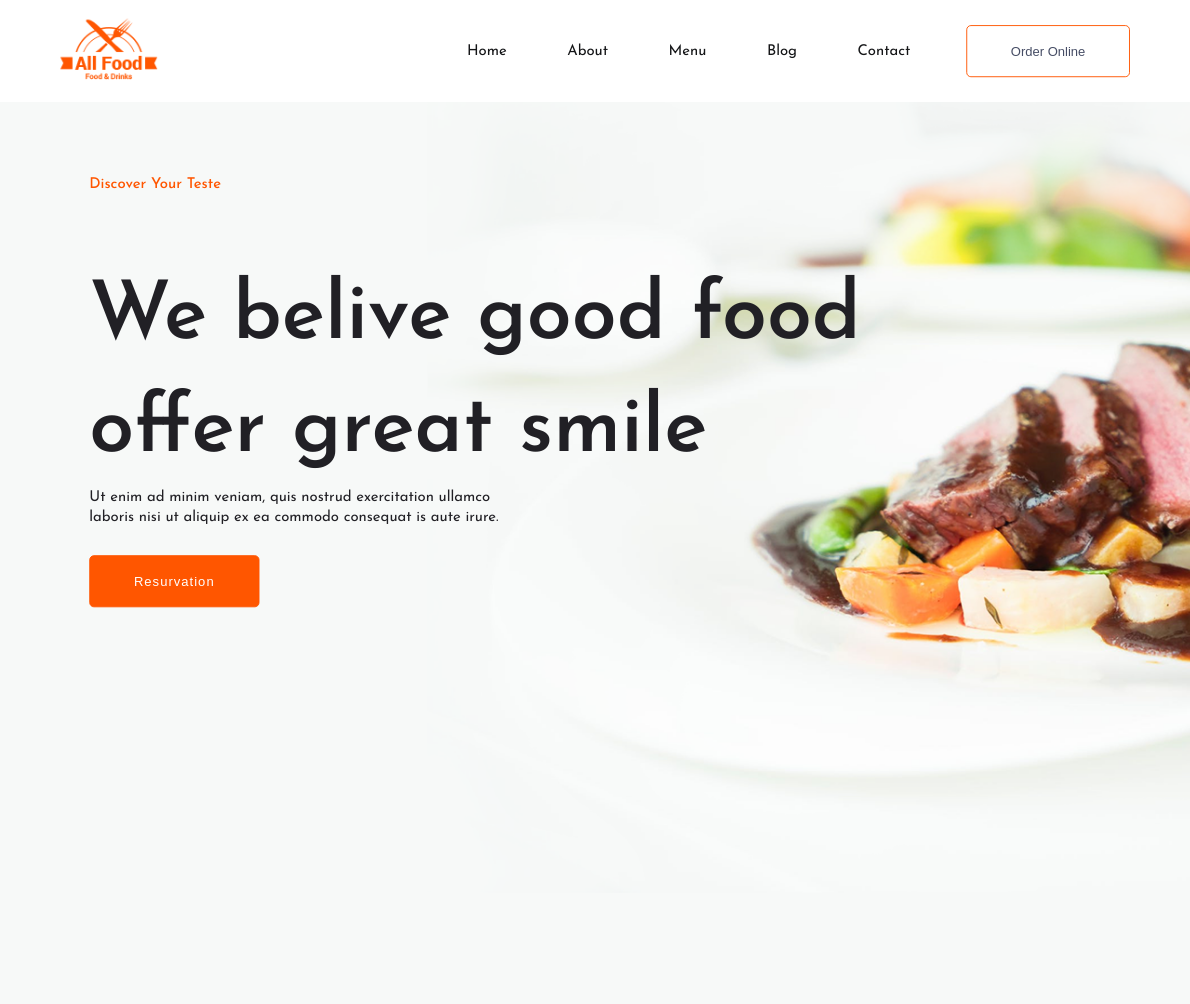
Repository: Ebtehal18/food
Page: index.html
The author's editor kept a copy of each file at every save. The page is drawn from the files as they stood at one save, then again after the next save.
The browser window is 1280 px wide. The pictures show the whole page, at 93% of full size.

Above is the page before, as saved 2024-01-17 13:15:35.

After the next save:
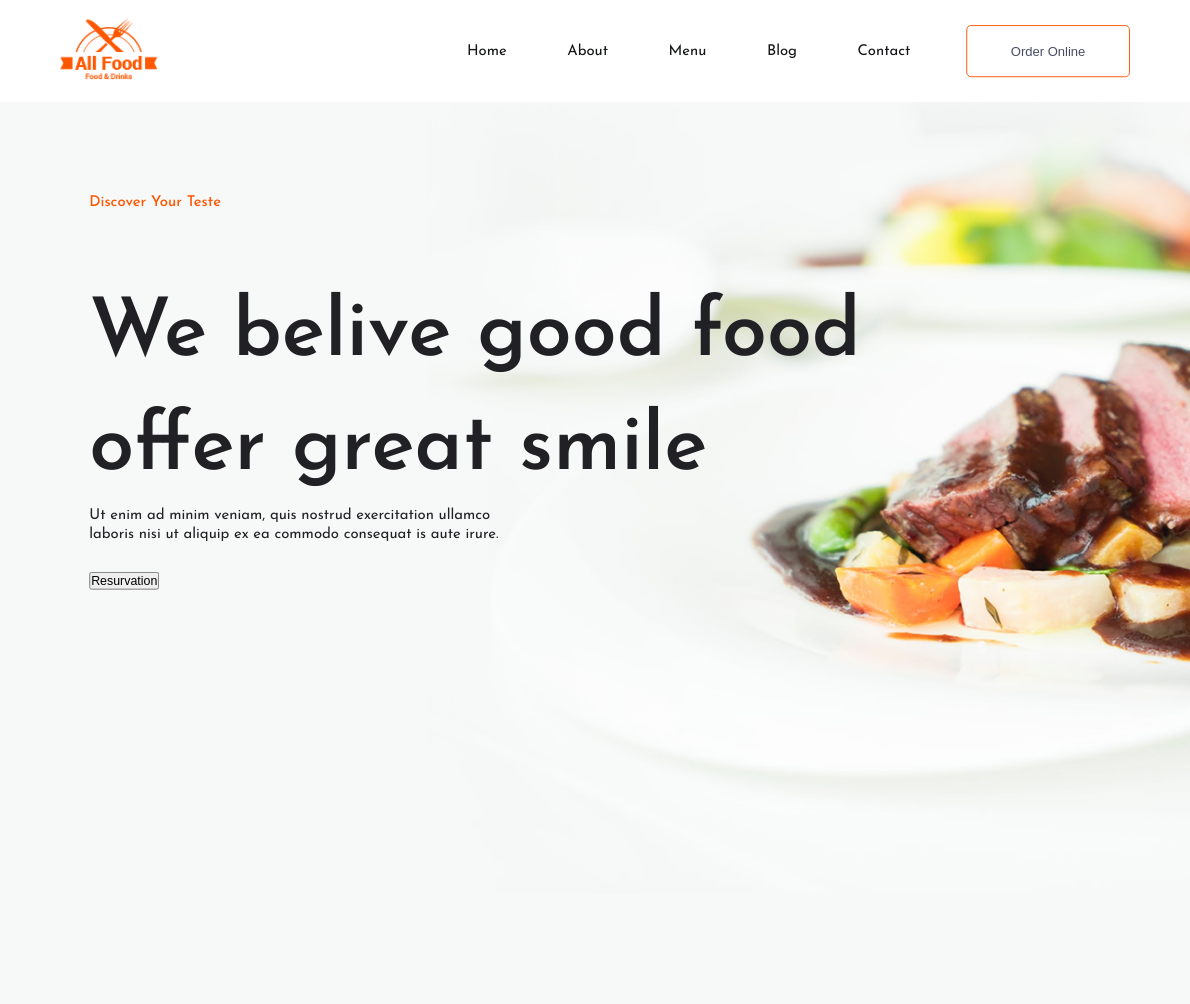
Saved 11 s later.
--- a/asessets/css/style.css
+++ b/asessets/css/style.css
@@ -33,8 +33,6 @@
     flex-flow: column wrap;
   }
 } */
-
-
 
 /*
 =====================================================
@@ -183,7 +181,7 @@
   color: #212025;
   font-size: 16px;
 }
-.hero .hero-content button {
+.hero .hero-content btn-hero {
   letter-spacing: 1.1px;
   position: relative;
   z-index: 1;
@@ -206,7 +204,7 @@
   -ms-transition: all 0.4s ease-in;
   -o-transition: all 0.4s ease-in;
 }
-.hero .hero-content but-::before {
+.hero .hero-content brn-hero::before {
   z-index: -1;
   content: "";
   background-color: rgba(0, 0, 0, 0.6);

After the save that followed:
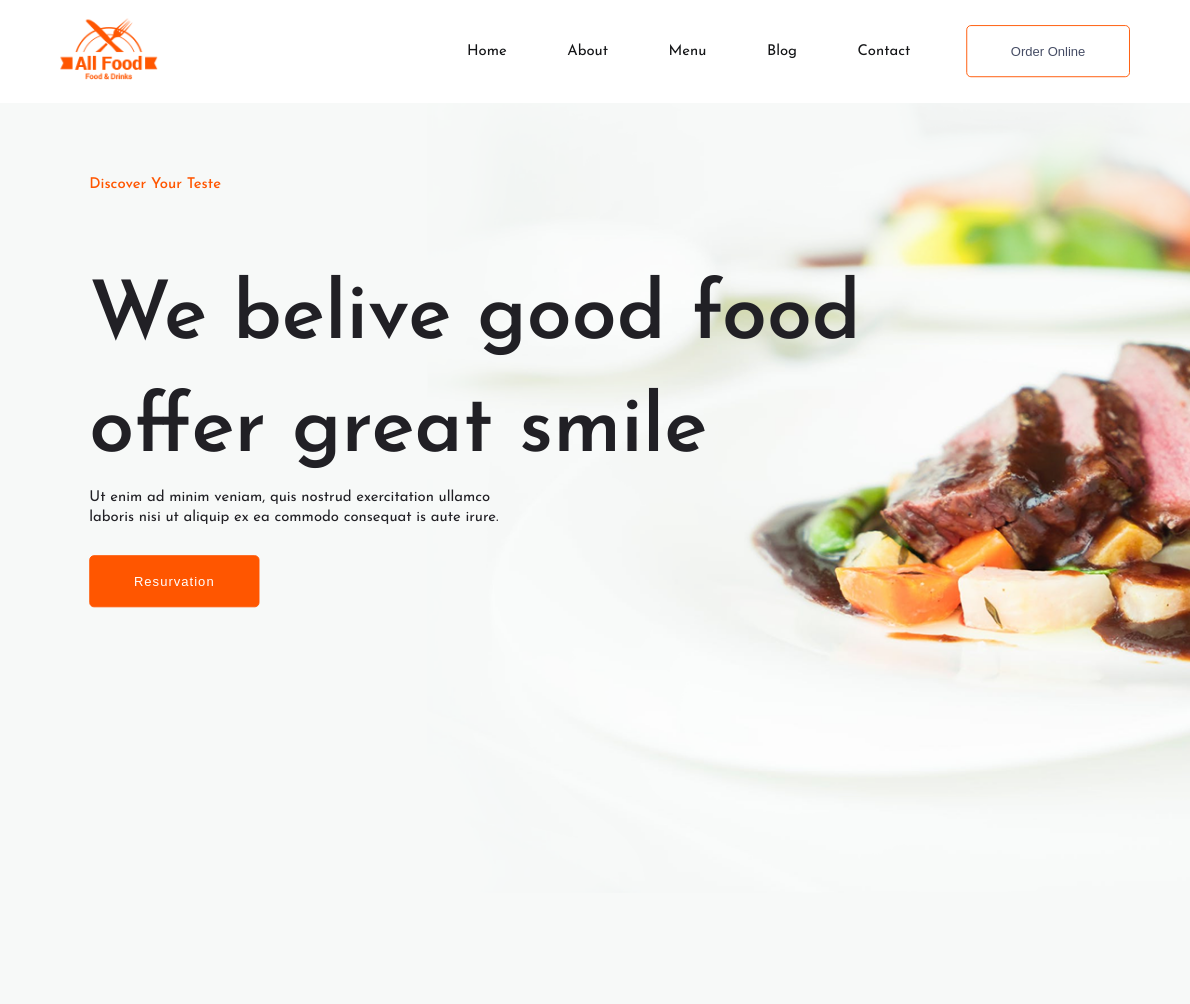
Saved 50 s later.
--- a/asessets/css/style.css
+++ b/asessets/css/style.css
@@ -181,7 +181,7 @@
   color: #212025;
   font-size: 16px;
 }
-.hero .hero-content btn-hero {
+.hero .hero-content .btn-hero {
   letter-spacing: 1.1px;
   position: relative;
   z-index: 1;
@@ -204,7 +204,7 @@
   -ms-transition: all 0.4s ease-in;
   -o-transition: all 0.4s ease-in;
 }
-.hero .hero-content brn-hero::before {
+.hero .hero-content .brn-hero::before {
   z-index: -1;
   content: "";
   background-color: rgba(0, 0, 0, 0.6);
